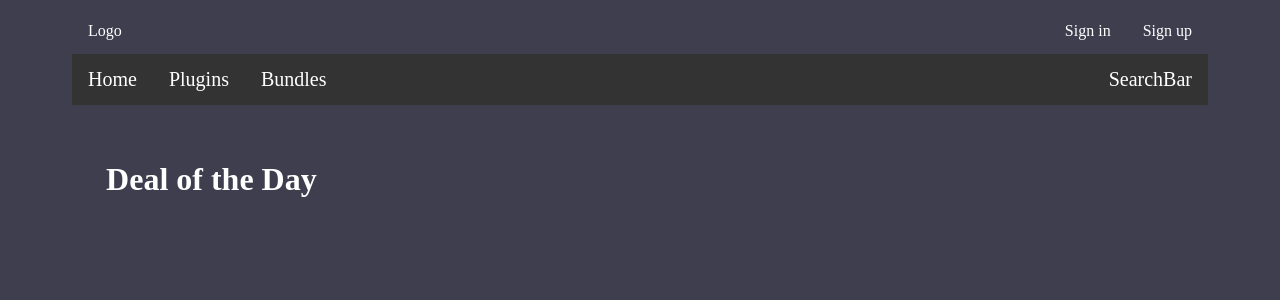
Repository: jigom11791/Wavez
Page: Wavez/Waves-Site/index.html
An editor plug-in stored every save of this project. The page is shown before and after the next save, followed by the edit.
The browser window is 1280 px wide. The pictures show the whole page.
The pointer rests on the first visible `ul.topnav li a`.

Above is the page before, as saved 2020-10-30 18:12:24.

After the next save:
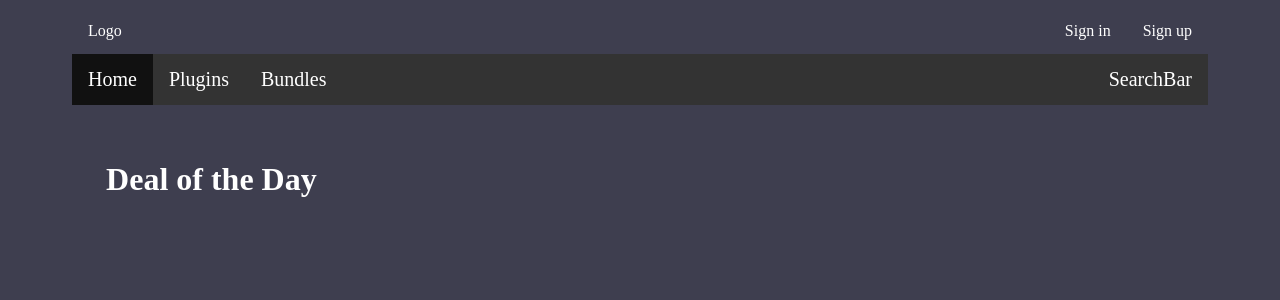
Saved 74 s later.
--- a/Wavez/Waves-Site/style.css
+++ b/Wavez/Waves-Site/style.css
@@ -32,6 +32,9 @@ ul.topnav li a, ul.header li a {
     padding: 14px 16px;
     text-decoration: none;
 }
+ul.topnav li a:hover{
+    background-color: #111;
+}
 #content {
     padding: 3%;
 }
